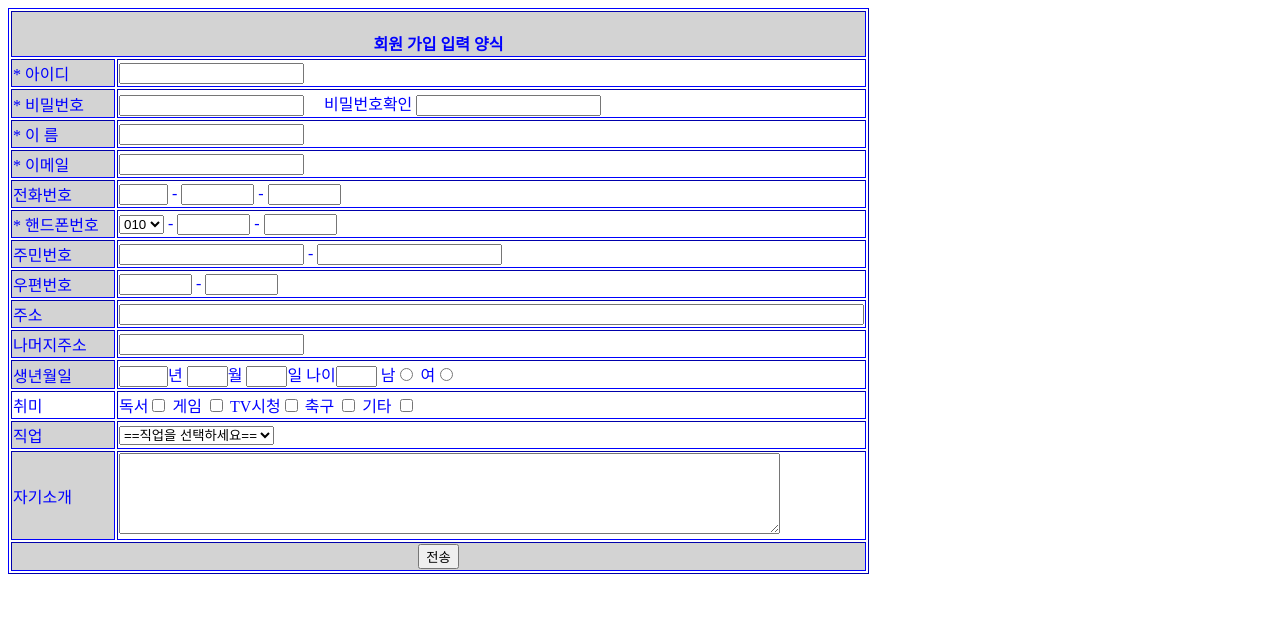
Repository: vkfkstptkd1/WebProgramming
Page: ch3_FormTag/WebContent/In_Form.html
These files come from the project's save history. The page is drawn as it stood at one moment and after the next save; the edit follows.
The browser window is 1280 px wide. The pictures show the whole page.

Above is the page before, as saved 2021-03-20 08:55:56.

After the next save:
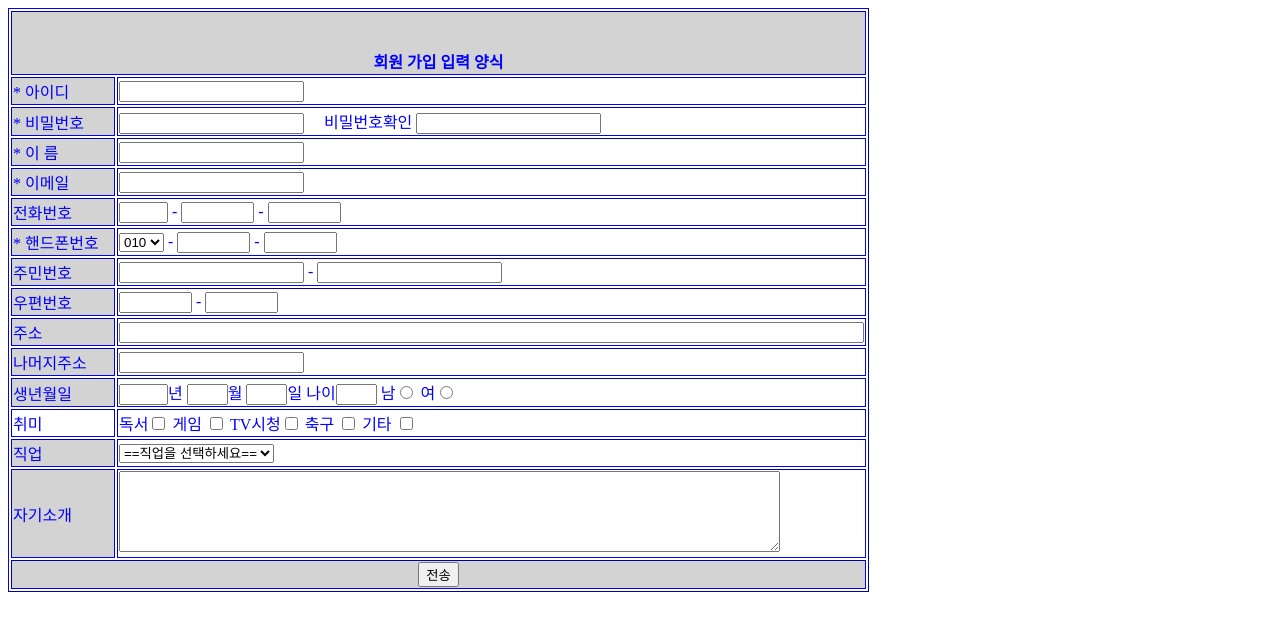
Saved 3 min 26 s later.
--- a/ch3_FormTag/WebContent/In_Form.html
+++ b/ch3_FormTag/WebContent/In_Form.html
@@ -4,14 +4,14 @@
 <meta charset="EUC-KR">
 <title>First Practice : In_ Form</title>
 <style type="text/css">
-.style1{border-color:blue;color:blue;}
-.style0{color:blue;background-color:lightgrey;}
+.style1{font-family:궁서체; border-color:blue;color:blue;}
+.style0{font-family:궁서체; color:blue;background-color:lightgrey;}
 </style>
 </head>
 <body>
 <form action= "In_Form_ok.jsp" method="post">
 	<table class="style1" border="1">
-	<tr><th class="style0" colspan=2><br>회원 가입 입력 양식</th></tr><!--표제목  -->
+	<tr><th class="style0" colspan=2><br><br>회원 가입 입력 양식</th></tr><!--표제목  -->
 	<tr><td class="style0" width= "100"> * 아이디</td>
 		<td width="500"> <input type="text" name="id"></td>
 	</tr>
